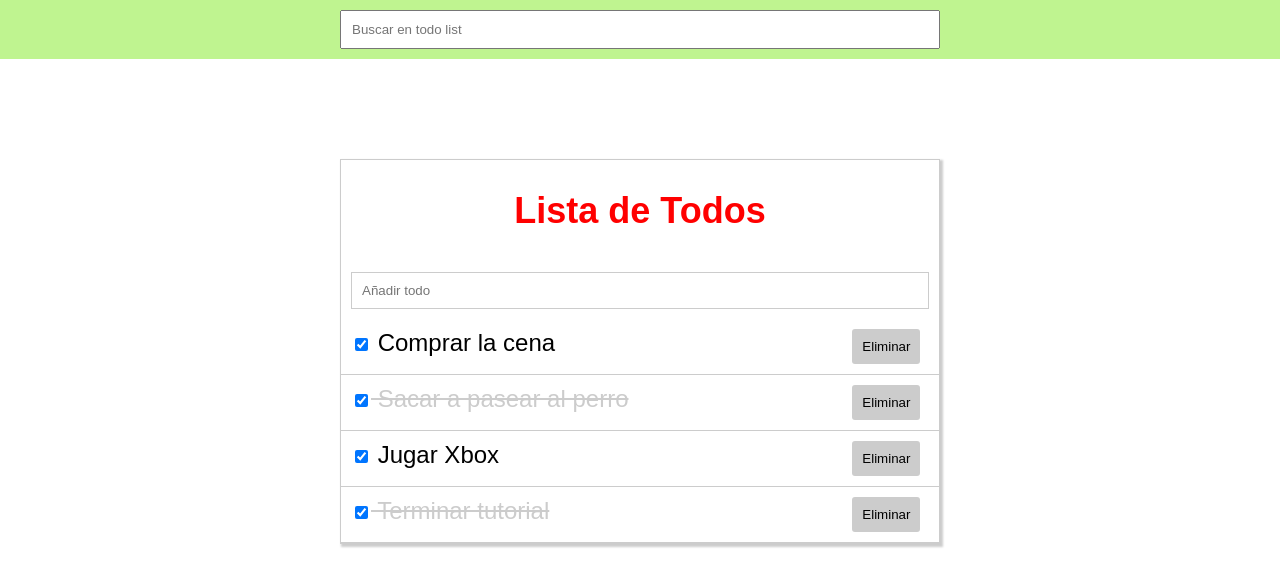
Repository: MauriVaz/Primer-app-con-Vue
Page: /
These files come from the project's save history. The page is drawn as it stood at one moment and after the next save; the edit follows.
The browser window is 1280 px wide. The pictures show the whole page.
The project was rebuilt for these pictures with package versions that can differ from the ones it lists, and the page was loaded fresh each time. Also part of the build but not shown: vue.config.js.

Above is the page before, as saved 2023-02-02 22:18:13.

After the next save:
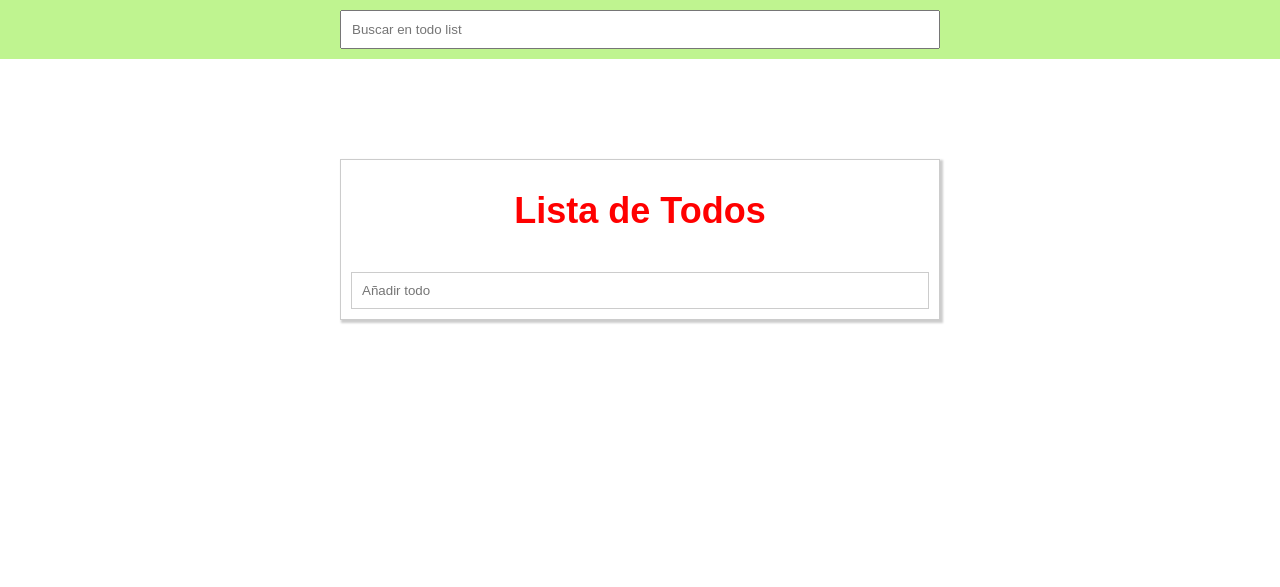
Saved 11 s later.
--- a/src/App.vue
+++ b/src/App.vue
@@ -48,26 +48,6 @@ export default {
   data(){
     return {
       todos: [
-        {
-          id: 0,
-          title:  'Comprar la cena',
-          completed: false,
-        },
-        {
-         id: 1,
-         title: 'Sacar a pasear al perro',
-         completed: true
-       },
-       {
-         id: 2,
-         title: 'Jugar Xbox',
-         completed: false
-       },
-       {
-         id: 3,
-         title: 'Terminar tutorial',
-         completed: true
-       }
       ],
       copyTodos: []
     }
